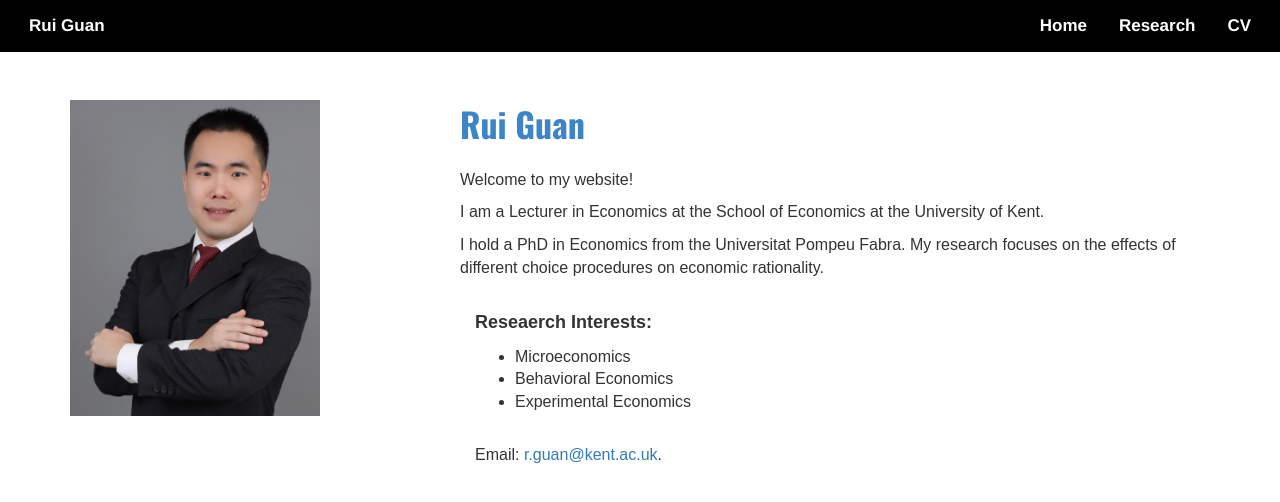
Repository: rui-guan/rui-guan.github.io
Page: index.html
The author's editor kept a copy of each file at every save. The page is drawn from the files as they stood at one save, then again after the next save.
The browser window is 1280 px wide. The pictures show the whole page.

Above is the page before, as saved 2024-04-28 15:19:51.

After the next save:
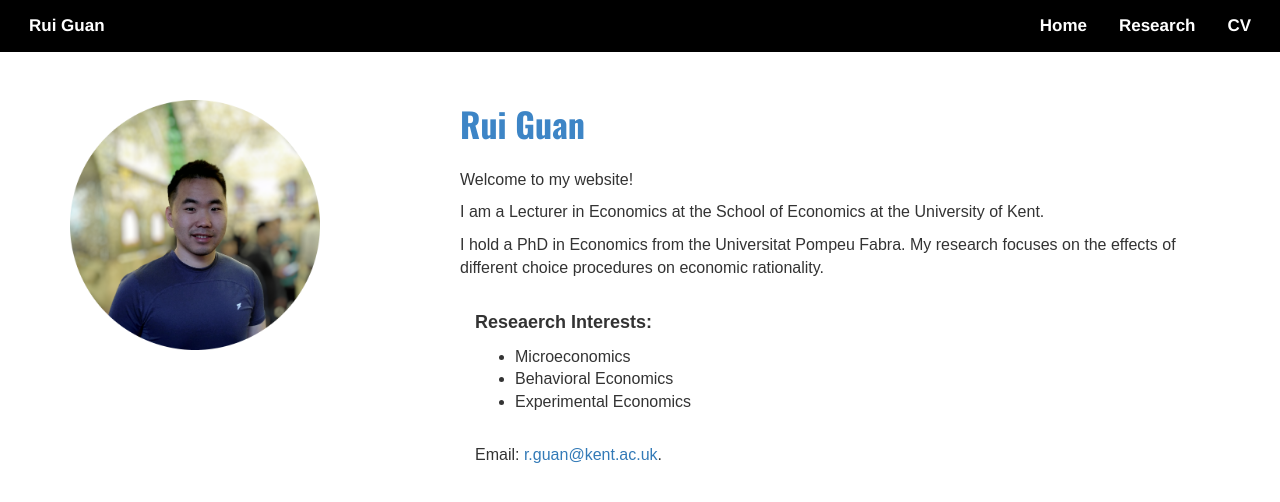
Saved 99 s later.
--- a/index.html
+++ b/index.html
@@ -95,7 +95,7 @@
             <!-- Entries Column -->
             <div class="col-md-4" style="height">
               <!-- Main Image -->
-              <img class="img-responsive" width="250" src="./asset/Profile.jpg" alt=""><br>
+              <img class="img-responsive" width="250" src="./asset/Profile.png" alt=""><br>
               <!--                <div style="margin-top:3%; text-align:justify;">
               </div> -->
           </div>
